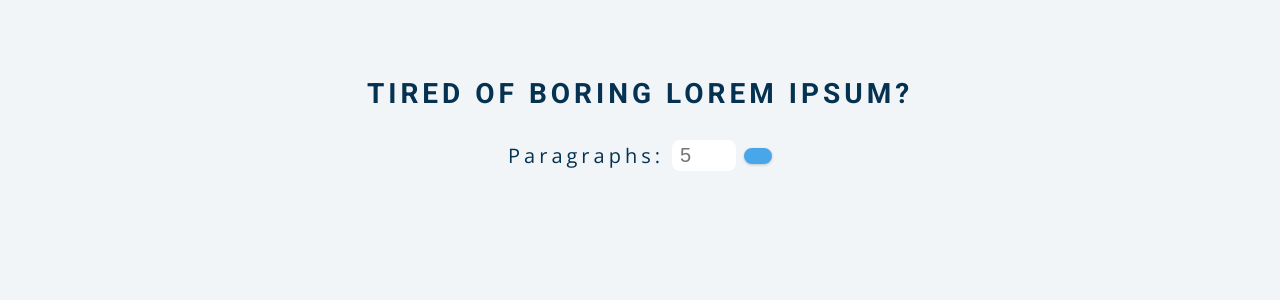
Repository: spidero7/Lorem-Ipsum-Generator
Page: index.html
The author's editor kept a copy of each file at every save. The page is drawn from the files as they stood at one save, then again after the next save.
The browser window is 1280 px wide. The pictures show the whole page.

Above is the page before, as saved 2021-10-21 07:12:20.

After the next save:
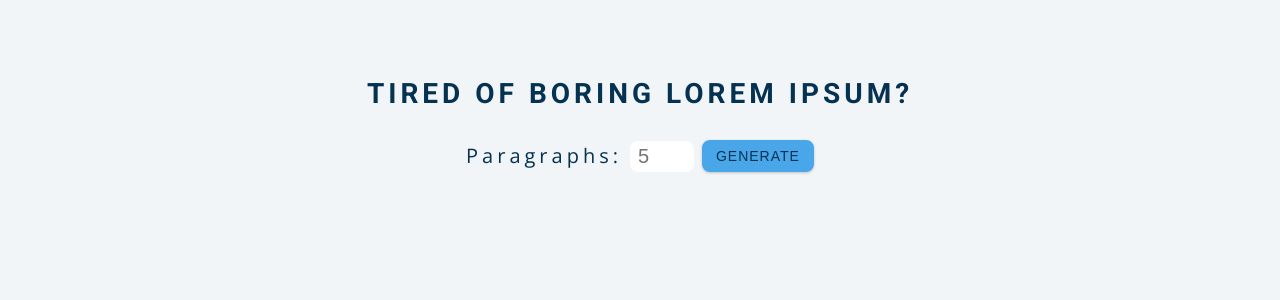
Saved 8 s later.
--- a/index.html
+++ b/index.html
@@ -14,7 +14,7 @@
       <form class="lorem-form">
         <label for="amount">paragraphs:</label>
         <input type="number" name="amout" id="amount" placeholder="5"/>
-        <button type="submit" class="btn"></button>
+        <button type="submit" class="btn">generate</button>
       </form>
     </section>
     <!-- javascript -->
